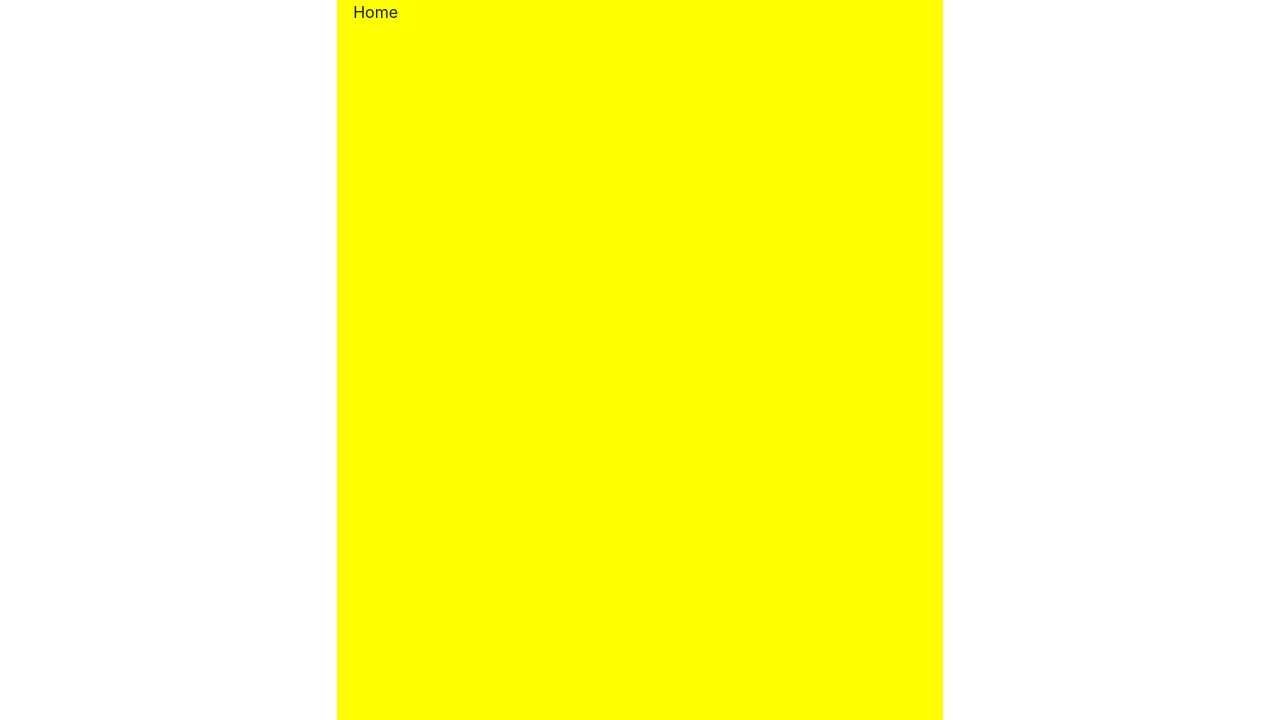
Repository: haileykwen/hanskering
Page: /
An editor plug-in stored every save of this project. The page is shown before and after the next save, followed by the edit.
The browser window is 1280 px wide. The pictures show the whole page.
The project was rebuilt for these pictures with package versions that can differ from the ones it lists, and the page was loaded fresh each time. Also part of the build but not shown: src/App.css, src/pages/Signup/index.js, src/pages/Signin/index.js.

Above is the page before, as saved 2021-12-10 11:22:48.

After the next save:
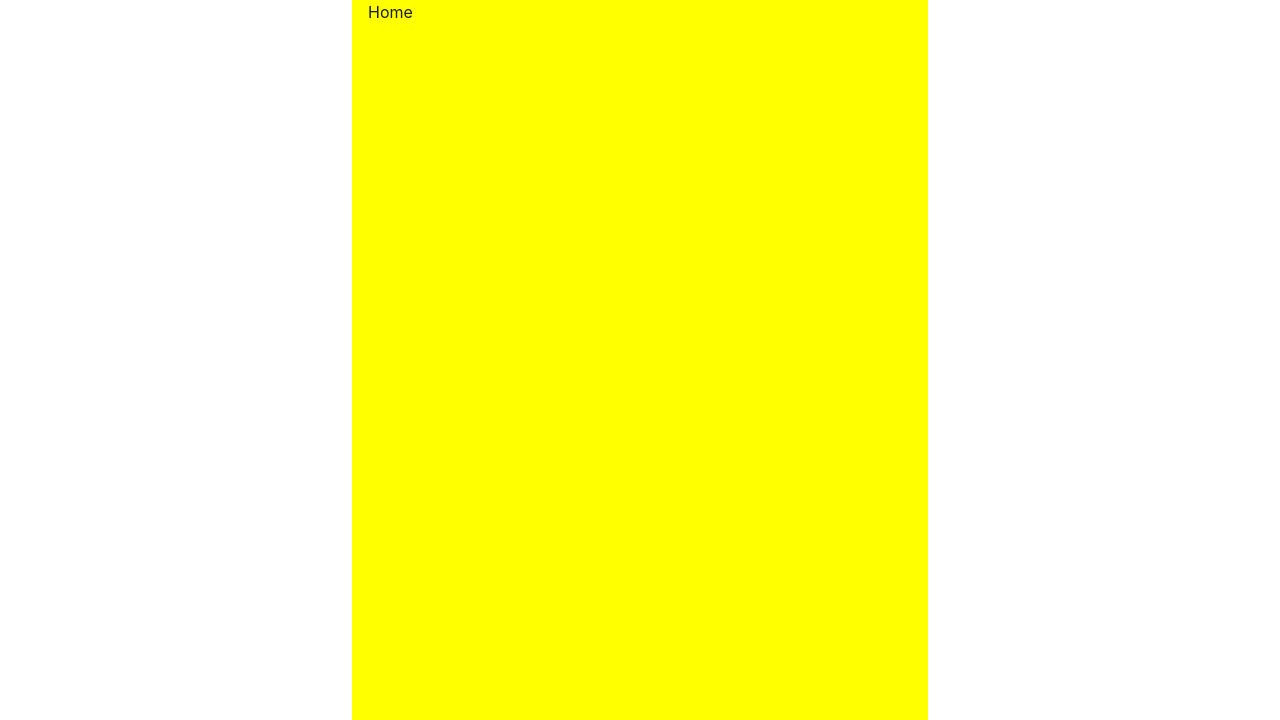
Saved 9 s later.
--- a/src/pages/Home/index.js
+++ b/src/pages/Home/index.js
@@ -3,7 +3,7 @@ import React from 'react'
 
 const Home = () => {
     return (
-        <Container minH="100vh" backgroundColor="yellow">
+        <Container minH="100vh" backgroundColor="yellow" maxW="xl">
             Home
         </Container>
     )
